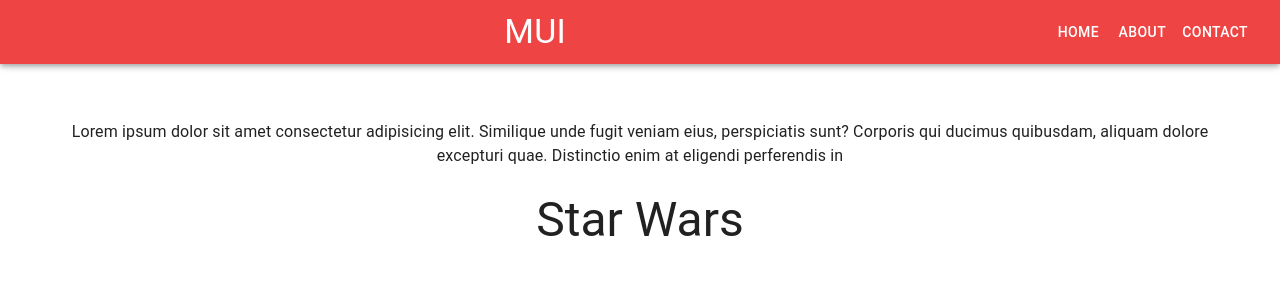
Repository: marianozamora/lisit-challenge
Page: /
An editor plug-in stored every save of this project. The page is shown before and after the next save, followed by the edit.
The browser window is 1280 px wide. The pictures show the whole page.
The page's requests for data from a server got no answer. The project was rebuilt for these pictures with package versions that can differ from the ones it lists, and the page was loaded fresh each time. Some packages were replaced by stand-ins written for this rebuild. No one was signed in, and anything a server would have sent is missing. Also part of the build but not shown: vite.config.ts, src/components/Pagination.tsx.

Above is the page before, as saved 2023-05-11 00:35:23.

### src/main.tsx
import React from 'react'
import ReactDOM from 'react-dom/client'
import App from './App.tsx'
import './index.css'
import { QueryClientProvider } from '@tanstack/react-query';
import queryClient from './queryClient';
import { ReactQueryDevtools } from '@tanstack/react-query-devtools';

ReactDOM.createRoot(document.getElementById('root') as HTMLElement).render(
  <React.StrictMode>
    <QueryClientProvider client={queryClient}>
      <App />
      <ReactQueryDevtools initialIsOpen></ReactQueryDevtools>
    </QueryClientProvider>
  </React.StrictMode>,
)

### src/App.tsx
import { useFetchPeople } from './hooks/useSwapi'
import './App.css'
import { People } from './hooks/types'
import Pagination from '../src/components/Pagination'
import React from 'react'
import { Box, Typography } from '@mui/material';
import Header from './components/Header';
function App() {
  const [currentPage, setCurrentPage] = React.useState(1)
  const { data, isLoading, isError } = useFetchPeople({ page: currentPage})
  //if (isLoading) return <div>Loading...</div>

  // if (data && data.count === null) {
  //   return null; // or display a different message or loading state
  // }


  return (
    <>
      <Header />
      <Box sx={{ display: 'flex', justifyContent: 'center', alignItems: 'center' }}>
        <Typography variant="h3" component="div" gutterBottom>
          Star Wars
        </Typography>
      </Box>
      {data?.results.map((person: People) => (
        <div key={person.name}>{person.name}</div>
      ))}
      {/* <button onClick={
        () => {
          setCurrentPage(currentPage + 1)
        }
      } >
        Next
      </button> */}

      {
        data && data.count > 0 && <Pagination
        onPageChange={(event, value) => {
          setCurrentPage(value)
        }}
        count={data?.count}
        elementsPerPage={10}
        currentPage={currentPage}
      />

      }
    </>

  )
}

export default App

### src/index.css
@tailwind base;
@tailwind components;
@tailwind utilities;
/*
:root {
  font-family: Inter, system-ui, Avenir, Helvetica, Arial, sans-serif;
  line-height: 1.5;
  font-weight: 400;

  color-scheme: light dark;
  color: rgba(255, 255, 255, 0.87);
  background-color: #242424;

  font-synthesis: none;
  text-rendering: optimizeLegibility;
  -webkit-font-smoothing: antialiased;
  -moz-osx-font-smoothing: grayscale;
  -webkit-text-size-adjust: 100%;
}

a {
  font-weight: 500;
  color: #646cff;
  text-decoration: inherit;
}
a:hover {
  color: #535bf2;
}

body {
  margin: 0;
  display: flex;
  place-items: center;
  min-width: 320px;
  min-height: 100vh;
}

h1 {
  font-size: 3.2em;
  line-height: 1.1;
}

button {
  border-radius: 8px;
  border: 1px solid transparent;
  padding: 0.6em 1.2em;
  font-size: 1em;
  font-weight: 500;
  font-family: inherit;
  background-color: #1a1a1a;
  cursor: pointer;
  transition: border-color 0.25s;
}
button:hover {
  border-color: #646cff;
}
button:focus,
button:focus-visible {
  outline: 4px auto -webkit-focus-ring-color;
}

@media (prefers-color-scheme: light) {
  :root {
    color: #213547;
    background-color: #ffffff;
  }
  a:hover {
    color: #747bff;
  }
  button {
    background-color: #f9f9f9;
  }
} */

### src/queryClient.ts
import { QueryClient } from '@tanstack/react-query';

const queryClient = new QueryClient();

export default queryClient;

### src/hooks/useSwapi.ts
import api from '../api/swapi';
import { useQuery } from '@tanstack/react-query';

export async function fetchPeople({page=1}) {
    const { data } = await api.get(`people/?page=${page}`);
    return data;
}

export function useFetchPeople({ page = 1 } = {}) {
    return useQuery({
        queryKey: ['people', { page }],
        queryFn: () => fetchPeople({ page }),
    })

}

async function fetchPerson(id) {
    const { data } = await api.get(`people/${id}`);
    return data;
}

### src/components/Header.tsx
import * as React from 'react';
import { AppBar, Toolbar, IconButton, Typography, Box, CssBaseline} from '@mui/material';
import { Drawer, List, ListItem, ListItemButton, ListItemText, Divider, Button } from '@mui/material';
import MenuIcon from '@mui/icons-material/Menu';
interface Props {
    /**
     * Injected by the documentation to work in an iframe.
     * You won't need it on your project.
     */
    window?: () => Window;
}


const drawerWidth = 240;
const navItems = ['Home', 'About', 'Contact'];

export default function Header(props: Props) {

    const { window } = props;
    const [mobileOpen, setMobileOpen] = React.useState(false);

    const handleDrawerToggle = () => {
        setMobileOpen((prevState) => !prevState);
    };

    const drawer = (
        <Box onClick={handleDrawerToggle} sx={{ textAlign: 'center' }}>
        <Typography variant="h6" sx={{ my: 2 }}>
            MUI
        </Typography>
        <Divider />
        <List>
            {navItems.map((item) => (
            <ListItem key={item} disablePadding>
                <ListItemButton sx={{ textAlign: 'center' }}>
                <ListItemText primary={item} />
                </ListItemButton>
            </ListItem>
            ))}
        </List>
        </Box>
    );

    const container = window !== undefined ? () => window().document.body : undefined;

    return (
            <Box sx={{ display: 'flex' }}>
            <CssBaseline />
            <AppBar component="nav">
            <Toolbar className="bg-red-500">
                <IconButton
                color="inherit"
                aria-label="open drawer"
                edge="start"
                onClick={handleDrawerToggle}
                sx={{ mr: 2, display: { sm: 'none' } }}
                >
                <MenuIcon />
                </IconButton>
                <Typography
                variant="h4"
                        component="div"
                        className="text-white w-[300px]"
                sx={{ flexGrow: 1, display: { xs: 'none', sm: 'block' } }}
                >
                MUI
                </Typography>
                <Box sx={{ display: { xs: 'none', sm: 'block' } }}>
                {navItems.map((item) => (
                    <Button key={item} sx={{ color: '#fff' }}>
                    {item}
                    </Button>
                ))}
                </Box>
            </Toolbar>
            </AppBar>
            <Box component="nav">
                <Drawer
                container={container}
                variant="temporary"
                open={mobileOpen}
                onClose={handleDrawerToggle}
                ModalProps={{
                keepMounted: true, // Better open performance on mobile.
                }}
                sx={{
                display: { xs: 'block', sm: 'none' },
                '& .MuiDrawer-paper': { boxSizing: 'border-box', width: drawerWidth },
                }}
            >
                {drawer}
            </Drawer>
            </Box>
            <Box component="main" sx={{ p: 3 }}>
            <Toolbar />
            <Typography>
                Lorem ipsum dolor sit amet consectetur adipisicing elit. Similique unde
                fugit veniam eius, perspiciatis sunt? Corporis qui ducimus quibusdam,
                aliquam dolore excepturi quae. Distinctio enim at eligendi perferendis in
            </Typography>
            </Box>
        </Box>
    )
}

### src/api/swapi.ts
import axios from 'axios';

const api = axios.create({
    baseURL: 'https://swapi.dev/api/',
});

export default api;

Loaded but not shown: index.html (common file); src/App.css (common file); tailwind.config.js (common file)

After the next save:
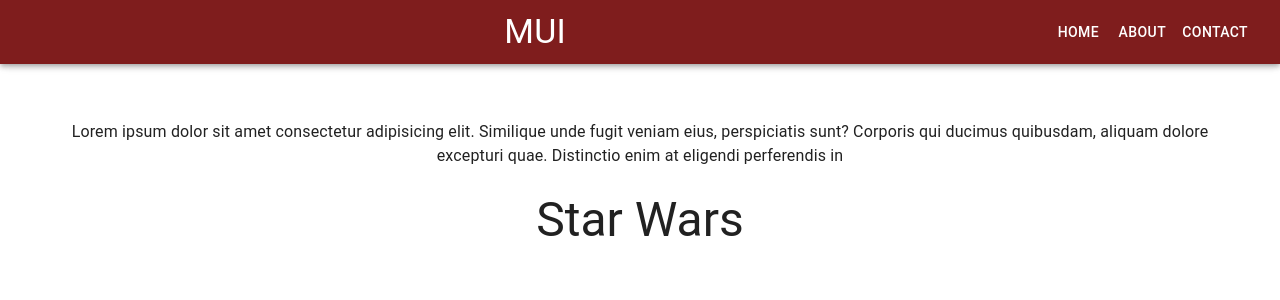
Saved 5 s later.
--- a/src/components/Header.tsx
+++ b/src/components/Header.tsx
@@ -47,7 +47,7 @@
             <Box sx={{ display: 'flex' }}>
             <CssBaseline />
             <AppBar component="nav">
-            <Toolbar className="bg-red-500">
+            <Toolbar className="bg-red-900">
                 <IconButton
                 color="inherit"
                 aria-label="open drawer"
